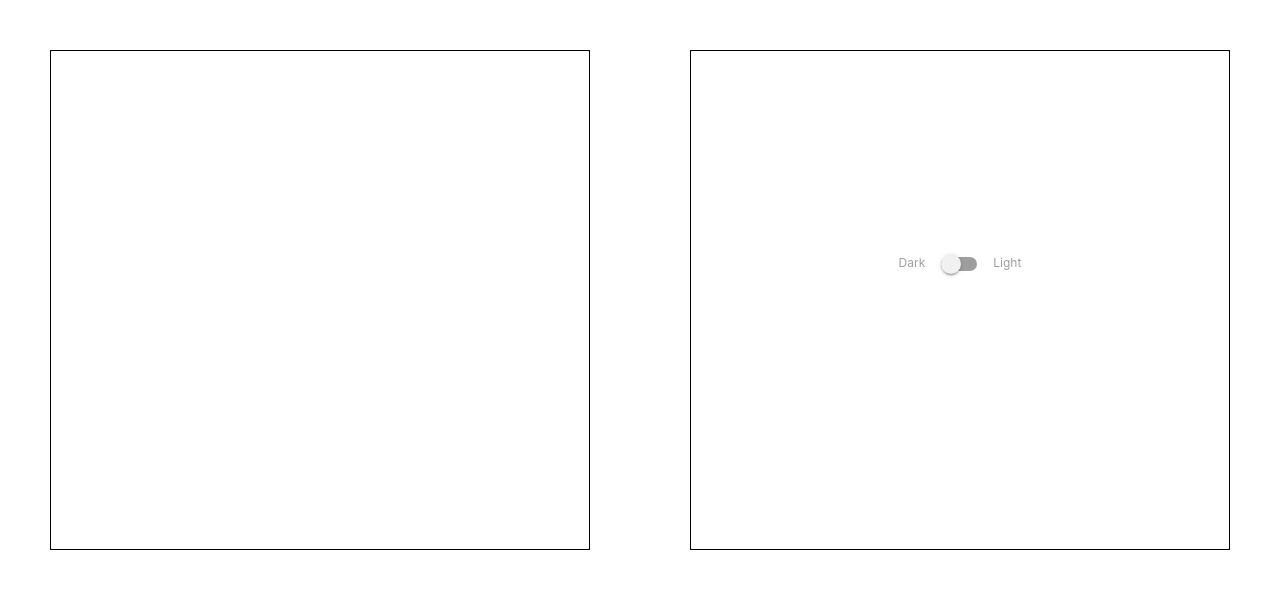
Repository: imrvj/Dark-Light-Mode
Page: /
These files come from the project's save history. The page is drawn as it stood at one moment and after the next save; the edit follows.
The browser window is 1280 px wide. The pictures show the whole page.
The project was rebuilt for these pictures with package versions that can differ from the ones it lists, and the page was loaded fresh each time.

Above is the page before, as saved 2020-02-20 12:30:46.

After the next save:
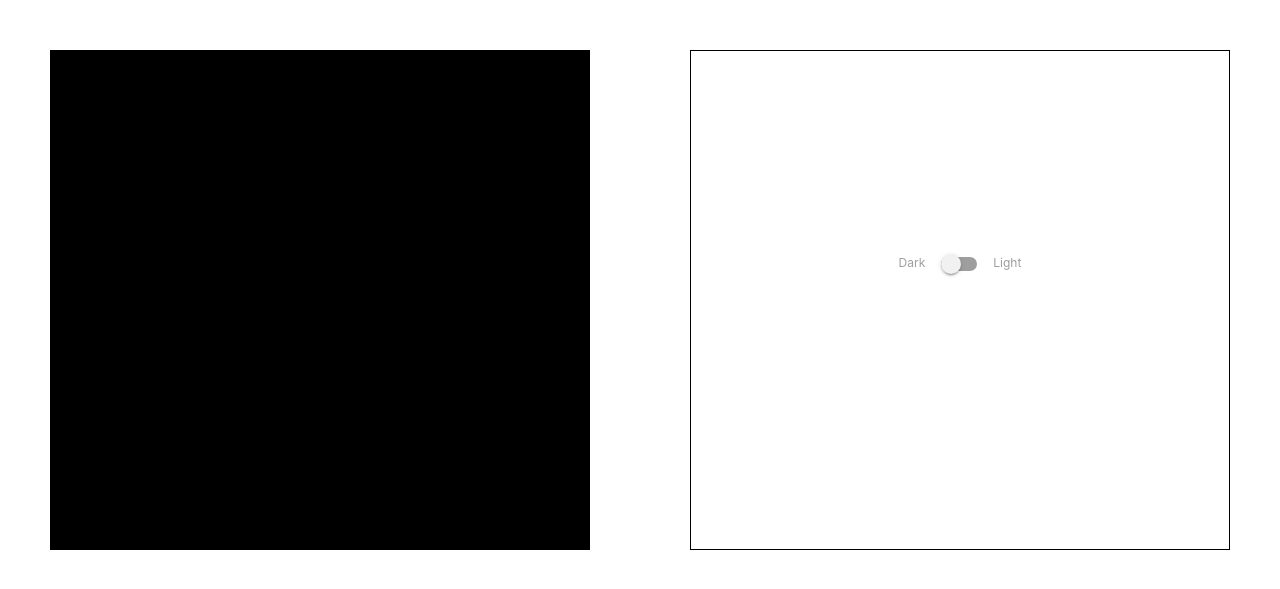
Saved 50 s later.
--- a/src/App.js
+++ b/src/App.js
@@ -6,7 +6,7 @@ function App() {
   const [Color, setColor] = useState("black")
   return (
     <div className="App">
-      <div className="Box" style={{backgroundColor:{Color}}}></div>
+      <div className="Box" style={{backgroundColor:Color}}></div>
       <div className="Buttonbox">
       <div class="switch">
     <label>
